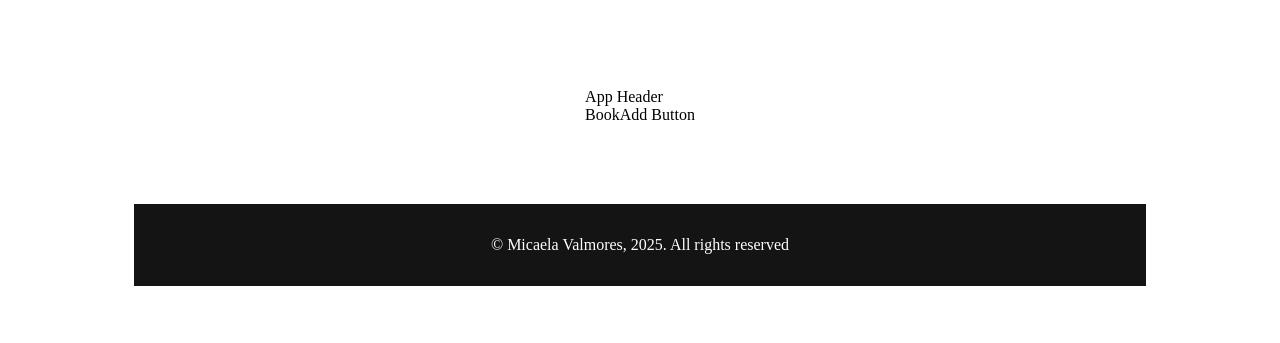
Repository: Micaelavalmores/COMP3170-Data-Fetching
Page: /
The author's editor kept a copy of each file at every save. The page is drawn from the files as they stood at one save, then again after a run of saves.
The browser window is 1280 px wide. The pictures show the whole page.
The project was rebuilt for these pictures with package versions that can differ from the ones it lists, and the page was loaded fresh each time. Also part of the build but not shown: vite.config.js.

Above is the page before, as saved 2025-09-22 18:01:10.

### index.html
<!doctype html>
<html lang="en">
  <head>
    <meta charset="UTF-8" />
    <meta name="viewport" content="width=device-width, initial-scale=1.0" />
    <title>Book Catalog</title>
  </head>
  <body>
    <div id="root"></div>
    <script type="module" src="/src/main.jsx"></script>
  </body>
</html>

### src/index.css


.app {
  display: flex;
  flex-direction: column;
  width: 80%;
  margin: 0 auto;
  background: #fff;
  min-height: 100%;
  justify-content: space-between;

  footer {
    padding: 0;
    background: #141414;
    color: #fff;

    p {
        text-align: center;
        padding: 1em 0;
    }
  }

  .content {
    margin: 2em auto;
    padding: 3em 0;
  }



}

### src/App.jsx
import Footer from "./components/Footer";
import Book from "./components/Book";
import AppHeader from "./components/AppHeader";
import AddButton from "./components/AddButton";


function App () {
  return (
    <div className="app">
      <section className="content">
        <AppHeader />
        <div className="mainContent">
          <div className="Book">

          </div>
          <Book />
          <AddButton />
        </div>
      </section>
        <Footer />
    </div>
  )
}

export default App;

### src/components/Footer.jsx
function Footer() {
    return (
        <footer>
            <p>&copy; Micaela Valmores, 2025. All rights reserved</p>
        </footer>
    );
}

export default Footer;

### src/components/Book.jsx
function Book () {
    return 'Book';
}

export default Book;

### src/components/AppHeader.jsx


function AppHeader () {
    return 'App Header';
}

export default AppHeader;

### src/components/AddButton.jsx
function AddButton () {
    return `Add Button`;
}

export default AddButton;

Loaded but not shown: src/main.jsx (common file)

After the next 2 saves:
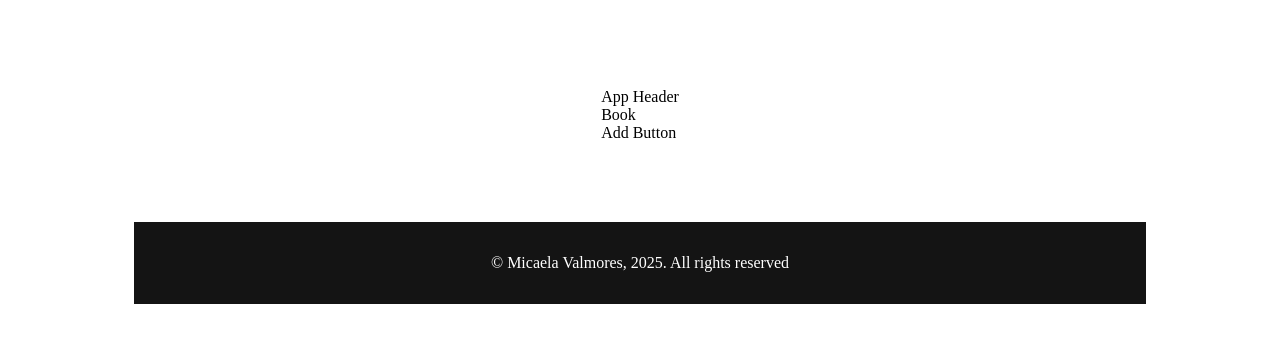
The 2 saves are shown as one change because they came seconds apart.
The last was saved 6 s later.
--- a/src/App.jsx
+++ b/src/App.jsx
@@ -11,9 +11,8 @@ function App () {
         <AppHeader />
         <div className="mainContent">
           <div className="Book">
-
+          <Book />
           </div>
-          <Book />
           <AddButton />
         </div>
       </section>
